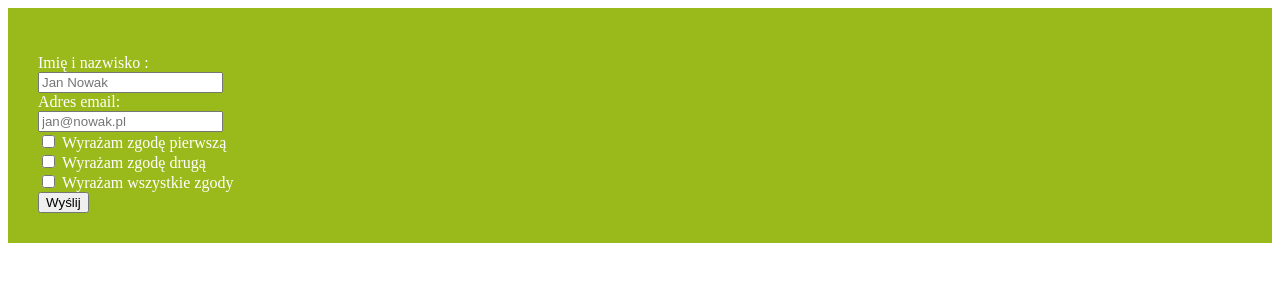
Repository: magdaf41/JavaScript
Page: JS DOM zadanie_5/index.html
An editor plug-in stored every save of this project. The page is shown before and after the next save, followed by the edit.
The browser window is 1280 px wide. The pictures show the whole page.

Above is the page before, as saved 2020-09-06 17:53:32.

### JS DOM zadanie_5/index.html
<!DOCTYPE html>
<html lang="en">

<head>
    <meta charset="UTF-8">
    <meta name="viewport" content="width=device-width, initial-scale=1.0">
    <title>Warsztat 3 - Walidacja formularza</title>
    <link rel="stylesheet" href="css/style.css">
</head>

<body>
    <form id="newsletter-form" action="">

        <ul id="errors"></ul>
        <label for="name">Imię  i nazwisko : </label><br>
        <input type="text" name="name" id="name" placeholder="Jan Nowak"><br>
        <label for="email">Adres email:  </label><br>
        <input type="email" name="email" id="email" placeholder="jan@nowak.pl"><br>


        <input type="checkbox" name="accept_1" id="accept_1">
        <label for="accept_1">Wyrażam zgodę pierwszą</label><br>
        <input type="checkbox" name="accept_2" id="accept_2">
        <label for="accept_2">Wyrażam zgodę drugą</label><br>
        <input type="checkbox" name="allAccept" id="allAccept">
        <label for="allAccept">Wyrażam wszystkie zgody</label><br>

         <button type="submit" id="send">Wyślij</button>
    </form>


    <script src="js/script.js"></script>
</body>

</html>

### JS DOM zadanie_5/css/style.css
form#newsletter-form {
background-color: rgb(154,186,27);
font-size: 16px;
color: #ffffff;
padding: 30px;
}

input, label {
    display: inline-block;
}

### JS DOM zadanie_5/js/script.js
let form = document.getElementById('newsletter-form');
let allAcceptChx = document.getElementById('allAccept');


const validate = (event) => {

    let txtName = document.getElementById('name')
    let txtEmail = document.getElementById('email');
    let accept1 = document.getElementById('accept_1');
    let errors = document.getElementById('errors');

    errors.innerHTML = "";

    if (txtName.value.trim() === "") {
        let liError = document.createElement('li')
        liError.innerText = "Wpisz imię i nazwisko!"

        errors.appendChild(liError);
    }

    if (!txtEmail.value.includes('@')) {
        let liError = document.createElement('li')
        liError.innerText = "Adres email musi zawierać znak @"

        errors.appendChild(liError);
    }

    if (txtEmail.value.trim() === "") {
        let liError = document.createElement('li')
        liError.innerText = "Wpisz adres email!"

        errors.appendChild(liError);
    }

    if (!accept1.checked) {
        let liError = document.createElement('li')
        liError.innerText = "Nie wyraziłeś zgody 1"

        errors.appendChild(liError);
    }

    if (errors.children.length > 0) {
        event.preventDefault();
    }
}



const allAccept = (event) => {
    let accept1 = document.getElementById('accept_1');
    let accept2 = document.getElementById('accept_2');

    accept1.checked = event.target.checked;
    accept2.checked = event.target.checked;
    // console.log(event.target.checked);
    accept1.disabled = event.target.checked;
    accept2.disabled = event.target.checked;
}



form.addEventListener('submit', validate);
allAcceptChx.addEventListener('change', allAccept);

After the next save:
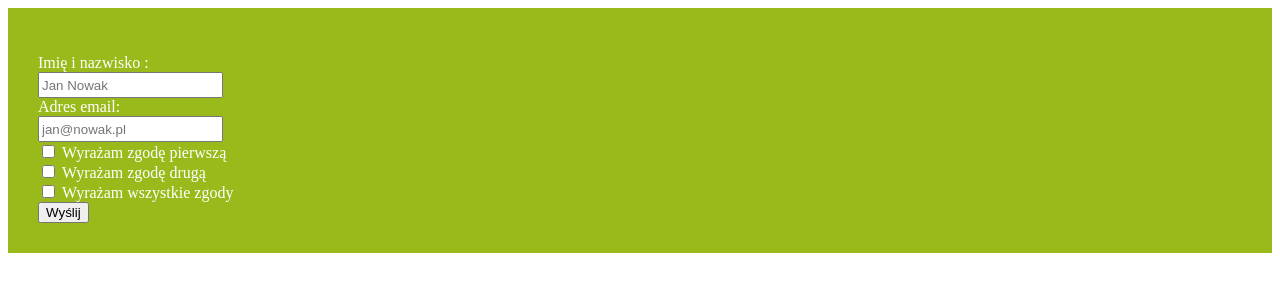
Saved 72 s later.
--- a/JS DOM zadanie_5/css/style.css
+++ b/JS DOM zadanie_5/css/style.css
@@ -8,3 +8,7 @@ padding: 30px;
 input, label {
     display: inline-block;
 }
+
+input[type='text'], input[type='email'] {
+    height: 20px;
+}
